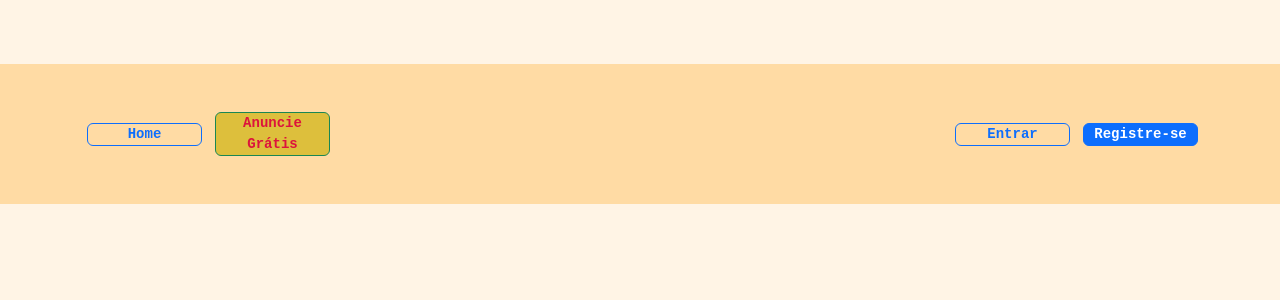
Repository: pepetata/ondetem
Page: / (app in frontend/)
An editor plug-in stored every save of this project. The page is shown before and after the next save, followed by the edit.
The browser window is 1280 px wide. The pictures show the whole page.
The project was rebuilt for these pictures with package versions that can differ from the ones it lists, and the page was loaded fresh each time. Also part of the build but not shown: frontend/vite.config.js.

Above is the page before, as saved 2025-06-11 09:39:34.

### frontend/src/main.jsx
import ReactDOM from "react-dom/client";
import { BrowserRouter as Router } from "react-router-dom";
import { Provider } from "react-redux";
// import store from "./reducers/store";
import App from "./App";
import "bootstrap/dist/css/bootstrap.min.css";
// import "./App.css";

ReactDOM.createRoot(document.getElementById("root")).render(
  // <Provider store={store}>
  // <Provider>
  <Router>
    <App />
  </Router>
  // </Provider>
);

### frontend/src/App.jsx
import { useState, useEffect, useRef } from "react";
import { useDispatch } from "react-redux";
import "./css/App.scss";
import Menu from "./components/Menu";
// import Menu from "./components/Menu";
// import Footer from "./components/Footer";
// import "./App.css";
// import { showNotification } from "./components/helper";
// import { initializeBlogs } from "./reducers/blogReducer";
// import { getUser } from "./reducers/loginReducer";

const App = () => {
  return (
    <div className="container">
      <Menu />
    </div>
  );
};

export default App;

### frontend/src/css/App.scss
@use "./_variables.scss" as *;

body {
  background: $bg-color !important;
  font-family: $body-font !important;
}

### frontend/src/components/Menu.jsx
import { Navbar, Nav, Button, Container } from "react-bootstrap";
import { Link } from "react-router-dom";
import "../css/Menu.scss"; // Import the CSS file

// Always-visible logo bar
const LogoBar = () => (
  <div className="logo-bar">
    <Link to="/">
      <img
        src="/images/logo.png"
        height="48"
        alt="Onde tem?"
        className="logo-img"
      />
    </Link>
  </div>
);

const Menu = ({ onLogin, onSignup, onNewAd }) => (
  <>
    {/* <LogoBar /> */}
    <Navbar
      // bg="light"
      expand="lg"
      fixed="top"
      className="py-2 navbar-bg-logo"
      style={{ top: 64 }} // push navbar below logo bar
    >
      <Container>
        <Navbar.Toggle aria-controls="main-navbar-nav" />
        <Navbar.Collapse id="main-navbar-nav">
          <Nav className="me-auto align-items-center">
            <Button
              as={Link}
              to="/"
              variant="outline-primary"
              className="me-2 menu-btn"
            >
              Home
            </Button>
            <Button
              variant="outline-success"
              className="me-2 menu-btn bt-add-ad"
              onClick={onNewAd}
            >
              Anuncie Grátis
            </Button>
          </Nav>
          <Nav className="ms-auto align-items-center">
            <Button
              variant="outline-primary"
              className="me-2 menu-btn"
              onClick={onLogin}
            >
              Entrar
            </Button>
            <Button variant="primary" onClick={onSignup} className="menu-btn">
              Registre-se
            </Button>
          </Nav>
        </Navbar.Collapse>
      </Container>
    </Navbar>
    {/* Add padding to push content below logo+navbar */}
    <div style={{ height: 128 }} />
  </>
);

export default Menu;

### frontend/src/css/_variables.scss
$bg-color: #fff4e5;
$logoO: #ffaa00;
$logoB: #1650a1;
$textLabel: #0896ff;
$header-color: #ffd699;
$footer-color: #ffd699;
$body-font: "Inconsolata", monospace;

### frontend/src/css/Menu.scss
@use "./_variables.scss" as *;

.logo-bar {
  background: $header-color !important;
  width: 100%;
  display: flex;
  justify-content: center;
  align-items: center;
  background: #fff;
  z-index: 1051;
  position: fixed;
  top: 0;
  left: 0;
  height: 64px;
  // border-bottom: 1px solid #eee;
}

.navbar {
  background: $header-color !important;
}

.navbar-bg-logo {
  background: rgba(255, 214, 153, 0.85) !important; // $header-color with alpha
  background-image: url("/images/logo.png");
  background-repeat: no-repeat;
  background-position: center;
  background-size: 120px auto;
  min-height: 140px; // or adjust as needed
  padding-top: 24px;
  padding-bottom: 24px;
}

.logo-img {
  max-height: 48px;
}

.menu-btn {
  width: 115px; //!important;
  // height: 24px !important;
  padding: 0 !important;
  font-size: 14px !important;
  display: flex !important;
  align-items: center !important;
  justify-content: center !important;
  margin-bottom: 5px !important;
  margin-left: 5px !important;
  margin-top: 5px !important;
  // padding-top: 8px !important;
  // padding-bottom: 8px !important;
  // padding-left: 15px !important;
  font-weight: bold !important;
}

.bt-add-ad {
  background-color: #ddbf3c !important;
  color: crimson !important;
}

Loaded but not shown: frontend/index.html (common file)

After the next save:
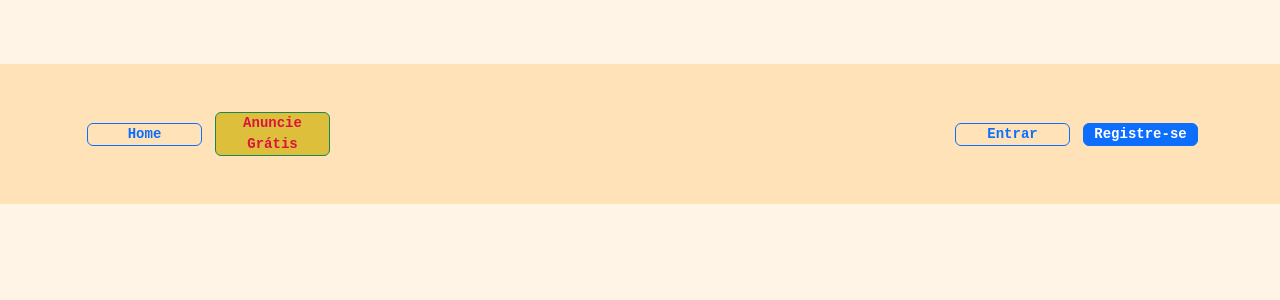
Saved 28 s later.
--- a/frontend/src/css/Menu.scss
+++ b/frontend/src/css/Menu.scss
@@ -20,7 +20,7 @@
 }
 
 .navbar-bg-logo {
-  background: rgba(255, 214, 153, 0.85) !important; // $header-color with alpha
+  background: rgba(255, 214, 153, 0.6) !important; // $header-color with alpha
   background-image: url("/images/logo.png");
   background-repeat: no-repeat;
   background-position: center;
